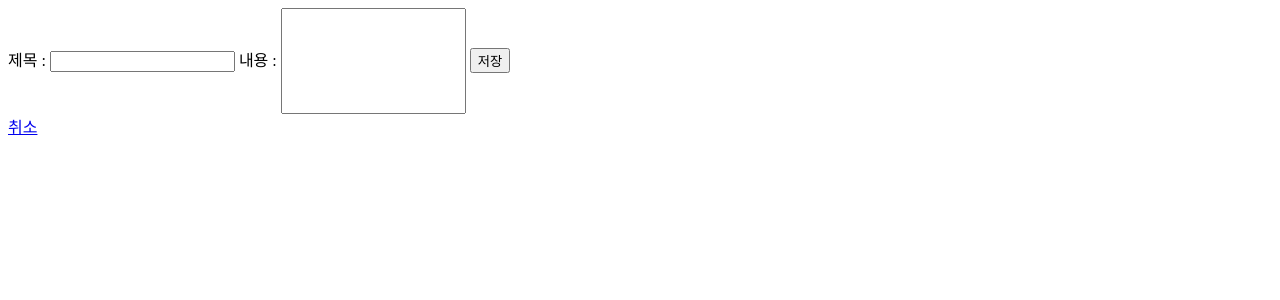
Repository: sandartchip/Board_v01
Page: http://localhost/firstjsp/modify.jsp
The author's editor kept a copy of each file at every save. The page is drawn from the files as they stood at one save, then again after the next save.
The browser window is 1280 px wide. The pictures show the whole page.
The page is served by Tomcat 9.

Above is the page before, as saved 2019-03-20 05:37:54.

After the next save:
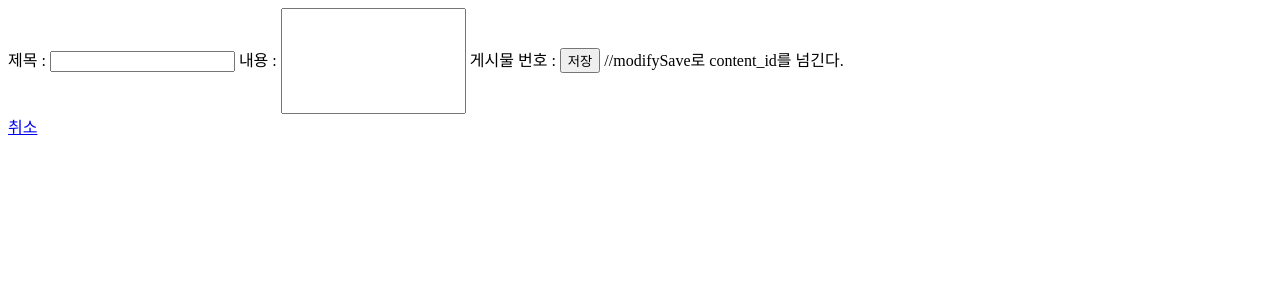
Saved 5 min 57 s later.
--- a/Board_v01/firstjsp/WebContent/modify.jsp
+++ b/Board_v01/firstjsp/WebContent/modify.jsp
@@ -15,6 +15,9 @@ contentType= "text/html; charset=utf-8" pageEncoding= "utf-8" %>
 </head>
 
 <%
+
+	//content_id
+
 	//DB 커넥션 해서 content_id 를 PK로  게시글 제목/내용 받아오는 부분.
 %>
 
@@ -29,8 +32,11 @@ contentType= "text/html; charset=utf-8" pageEncoding= "utf-8" %>
 
 		내용 : <input type="text" name="content" style="height:100px">
 		<!-- 내용 표시-->
+		게시물 번호 : <input type="hidden" name="content_id">
+		<input type="submit" value = "저장"/>
 
-		<input type="submit" value = "저장"/>
+		 //modifySave로 content_id를 넘긴다.
+
 	</form>
 	<a href="view.jsp"> 취소 </a> <!-- 상세보기로 이동 -->
 
